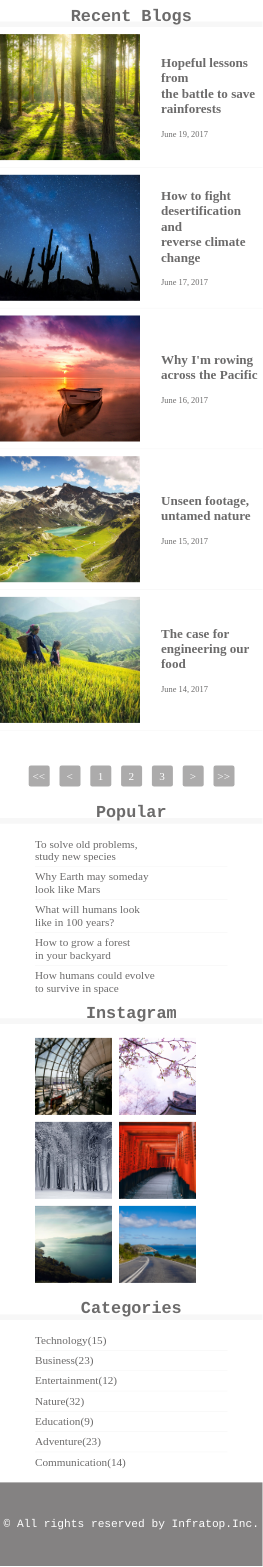
Repository: rascalNoShippo/git-practice
Page: caravan/index.html
The author's editor kept a record of every edit. The page is drawn from the files as they stood at one moment, then again after the next edit.
The browser window is 375 px wide. The pictures show the part of the page from y = 494 to 2734 px (the page is 2732 px tall before and 2807 px after), at 70% of full size.
Some web libraries are served in a nearby version.

Above is the page before.

### caravan/index.html
<!DOCTYPE html>
<html lang="ja">
  <head>
    <meta charset="UTF-8">
    <meta name="viewport" content="width=device-width,initial-scale=1.0">
    <script src="https://kit.fontawesome.com/d67b0675a1.js" crossorigin="anonymous"></script>
    <link rel="stylesheet" href="style.css" />
    <title>CARAVAN</title>
  </head>

  <body>
    <header>
      <h1 class="heading">
        <a href="index.html">CARAVAN</a>
      </h1>
      <div class="social">
        <i class="fa-brands fa-facebook"></i>
        <i class="fa-brands fa-square-twitter"></i>
        <i class="fa-brands fa-instagram"></i>
      </div>
    </header>
    <nav>
      <ul class="nav-list">
        <li class="nav-list-item">
          <a href="index.html">Home</a>
        </li>
        <li class="nav-list-item">About</li>
        <li class="nav-list-item">Topic</li>
      </ul>
    </nav>
    <div class="main-visual">
      <div class="main-visual-content">
        <div>
          <p class="main-visual-text">
            The world is a book<br>and those who do not travel<br>read only one page.
          </p>
          <p class="main-visual-name">
            St. Augustine
          </p>
        </div>
      </div>
    </div>
    <main>
      <section class="blog">
        <h2 class="blog-heading">Recent Blogs</h2>
        <div class="blog-box">
          <div class="blog-item">
            <img class="blog-image" src="image/forest.jpg" />
            <section class="blog-text">
              <h3 class="blog-text-heading">
                <a href="single.html">
                  Hopeful lessons from<br>
                  the battle to save<br>
                  rainforests
                </a>
              </h3>
              <p class="blog-date">June 19, 2017</p>
              <span class="category">Nature</span>
            </section>
          </div>
          <div class="blog-item">
            <img class="blog-image" src="image/desert.jpg" />
            <section class="blog-text">
              <h3 class="blog-text-heading">
                <a href="single.html">
                  How to fight<br>
                  desertification and<br>
                  reverse climate change
                </a>
              </h3>
              <p class="blog-date">June 17, 2017</p>
              <span class="category">Nature</span>
            </section>
          </div>
          <div class="blog-item">
            <img class="blog-image" src="image/sunset.jpg" />
            <section class="blog-text">
              <h3 class="blog-text-heading">
                <a href="single.html">
                  Why I'm rowing<br>
                  across the Pacific
                </a>
              </h3>
              <p class="blog-date">June 16, 2017</p>
              <span class="category">Adventure</span>
            </section>
          </div>
          <div class="blog-item">
            <img class="blog-image" src="image/italy.jpg" />
            <section class="blog-text">
              <h3 class="blog-text-heading">
                <a href="single.html">
                  Unseen footage,<br>
                  untamed nature
                </a>
              </h3>
              <p class="blog-date">June 15, 2017</p>
              <span class="category">Nature</span>
            </section>
          </div>
          <div class="blog-item">
            <img class="blog-image" src="image/asia.jpg" />
            <section class="blog-text">
              <h3 class="blog-text-heading">
                <a href="single.html">
                  The case for<br>
                  engineering our food
                </a>
              </h3>
              <p class="blog-date">June 14, 2017</p>
              <span class="category">Culture</span>
            </section>
          </div>
        </div>
        <div class="pagination">
          <p><<</p>
          <p><</p>
          <p>1</p>
          <p>2</p>
          <p>3</p>
          <p>></p>
          <p>>></p>
        </div>
      </section>
      <div class="sidebar">
        <section class="popular">
          <h2 class="popular-heading common-heading">Popular</h2>
          <div class="sidebar-contents">
            <p class="popular-text">To solve old problems,<br>study new species</p>
            <p class="popular-text">Why Earth may someday<br>look like Mars</p>
            <p class="popular-text">What will humans look<br>like in 100 years?</p>
            <p class="popular-text">How to grow a forest<br>in your backyard</p>
            <p class="popular-text">How humans could evolve<br>to survive in space</p>
          </div>
        </section>
        <section class="instagram">
          <h2 class="instagram-heading common-heading">Instagram</h2>
          <div class="sidebar-contents">
            <div class="instagram-box"></div>
            <div class="instagram-box"></div>
            <div class="instagram-box"></div>
            <div class="instagram-box"></div>
            <div class="instagram-box"></div>
            <div class="instagram-box"></div>
          </div>
        </section>
        <section class="categories">
          <h2 class="categories-heading common-heading">Categories</h2>
          <div class="sidebar-contents">
            <p class="categories-text">Technology(15)</p>
            <p class="categories-text">Business(23)</p>
            <p class="categories-text">Entertainment(12)</p>
            <p class="categories-text">Nature(32)</p>
            <p class="categories-text">Education(9)</p>
            <p class="categories-text">Adventure(23)</p>
            <p class="categories-text">Communication(14)</p>
          </div>
        </section>
      </div>
    </main>
    <footer>
      <p class="footer-text">© All rights reserved by Infratop.Inc.</p>
    </footer>
  </body>
</html>

### caravan/style.css
*{
  margin: 0;
  padding: 0;
  box-sizing: border-box;
}

body{
  color: #6c6b6b;
  background-color: white;
}

a{
  text-decoration: none;
  color: #6c6b6b;;
}

header, nav, h2, .main-visual, footer {
  font-family: Chalkduster, "Bradley Hand", Courier, "Segoe Print", sans-serif;
}

header {
  width: 90%;
  padding: 15px 0;
  margin: 0 auto;
  text-align: center;
  position: relative;
}

.social{
  position: absolute;
  top: 22px;
  right: 22px;
}

.social i {
  display: inline-block;
  font-size: 24px;
}

.social i:nth-child(n+2) {
  margin-left: 20px;
}

header .heading{
  font-size: 32px;
}

.nav-list{
 text-align: center;
 padding: 10px 0;
 margin: 0 auto;
 }

.nav-list-item{
  list-style: none;
  display: inline-block;
  margin: 0 20px;
}

.main-visual{
  width: 100%;
  height: 300px;
  background-image: url("image/mv.jpg");
  background-size: cover;
  background-position: center;
}

.main-visual-content{
  width: 40%;
  height: 300px;
  background-color: rgba(0,0,0,0.5);
  display: flex;
  align-items: center;
  flex-wrap: wrap;
  justify-content: center;
  text-align: center;
  color: white;
}

.main-visual-name{
  margin-top: 30px;
}

/*.main{
  width: 840px;
  height: 1400px;
  background-color: green;
  display: flex;
  justify-content: center;
  margin: 0 auto;
}*/

main{
  width: 800px;
  display: flex;
  justify-content: center;
  margin: 0 auto;
  padding: 70px 0;
}

.blog{
  width: 540px;
  margin-right: 30px;
}

.blog-heading{
  border-bottom: 8px solid #f7f7f7;
  text-align: center;
  line-height: 0.6;
}

.blog-item {
  padding: 50px 0 20px 0;
  margin-bottom: 20px;
  border-bottom: 1px solid #f7f7f7;
  display: flex;
  justify-content: flex-start;
}

.blog-text-heading{
  padding-bottom: 15px;
}

.blog-image {
  height: 180px;
}

.blog-text{
  padding: 25px 0 0 30px;
}

.blog-date {
  font-size: 12px;
  display: inline-block;
}

.category {
  display: inline-block;
  padding: 5px 8px;
  background-color: #acabab;
  border-radius: 3px;
  color: #fff;
  font-size: 11px;
}

.sidebar{
  width: 230px;
}

.common-heading{
  border-bottom: 8px solid #f7f7f7;
  text-align: center;
  line-height: 0.6;
}

.sidebar-contents{
  padding: 50px 0;
}

.popular-text,
.categories-text{
  padding-bottom: 5px;
  border-bottom: 1px solid #f7f7f7;
  margin-bottom: 5px;
}

.popular-text:last-child,
.categories-text:last-child{
  margin: 0;
  padding: 0;
  border: none;
}

.instagram .sidebar-contents{
  display: flex;
  flex-wrap: wrap;
}

.instagram-box{
  width: 110px;
  padding-top: 110px;
  background-size: cover;
  background-position: center;
  margin-bottom: 10px;
}

.instagram-box:nth-child(2n+1) {
  margin-right: 10px;
}

.instagram-box:nth-child(1) {
  background-image: url(image/airport.jpg);
}

.instagram-box:nth-child(2) {
  background-image: url(image/japan.jpg);
}

.instagram-box:nth-child(3) {
  background-image: url(image/snow.jpg);
}

.instagram-box:nth-child(4) {
  background-image: url(image/japan2.jpg);
}

.instagram-box:nth-child(5) {
  background-image: url(image/lake.jpg);
}

.instagram-box:nth-child(6) {
  background-image: url(image/road.jpg);
}


.pagination{
  text-align: center;
  padding-top: 50px;
}

.pagination p {
  display: inline-block;
  width: 30px;
  height: 30px;
  margin: 0 5px;
  color: #fff;
  background-color: #acabab;
  border-radius: 3px;
  line-height: 30px;
}

footer {
  width: 100%;
  height: 120px;
  text-align: center;
  line-height: 120px;
  background-color: #848282;
}

.footer-text {
  color: #fff;
}

@media screen and (max-width:425px){
  .social{
    display: none;
  }

  .social i{

  }

  .nav-list-item{
    display: block;
    margin: 10px;
  }

  .main-visual-content, main, .blog, .sidebar{
    width: 100%;
  }

  main{
    display: block;
    padding: 0;
  }

  .blog, .sidebar{
    margin-top: 30px;
  }

  .blog-item{
    align-items: center;
    padding: 10px 0 10px;
    margin-bottom: 0;
  }

  .blog-image{
    width: 200px;
    object-fit: cover;
    object-position: center;
  }

  .blog-text{
    padding-top: 0;
  }

  .category{
    display: none;
  }

  .sidebar-contents{
    padding: 20px 50px;
  }
}

After the next edit:
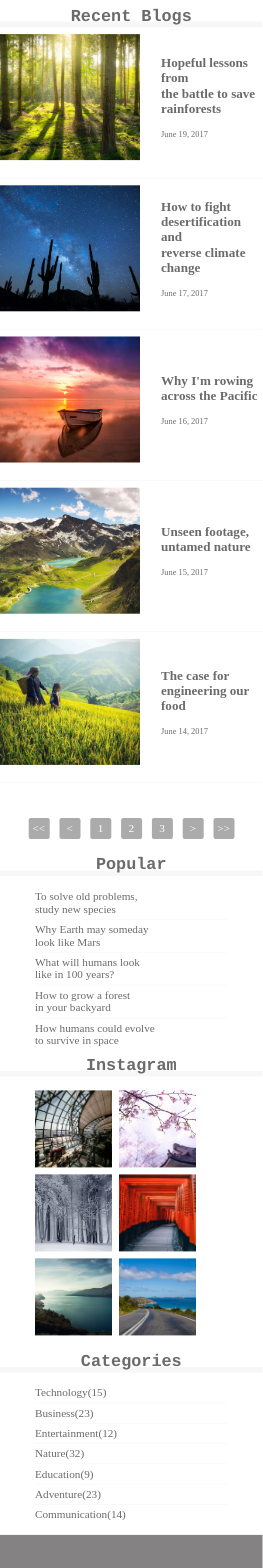
The edit:
--- a/caravan/style.css
+++ b/caravan/style.css
@@ -270,7 +270,7 @@
 
   .blog-item{
     align-items: center;
-    padding: 10px 0 10px;
+    padding: 10px 0 25px;
     margin-bottom: 0;
   }
 
